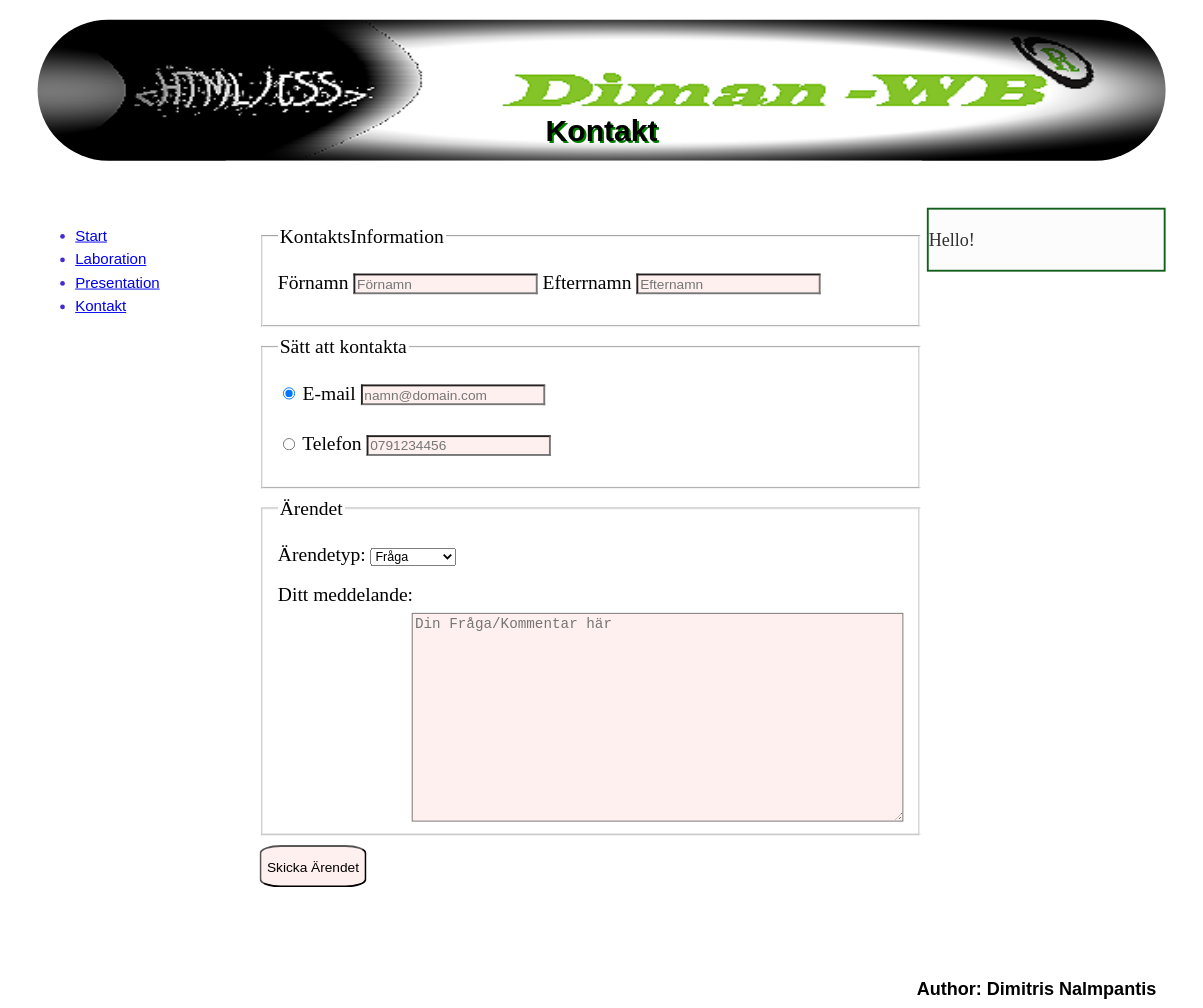
Repository: dn222em/1ik415-laborationer
Page: pages/Kontakt.html
The author's editor kept a record of every edit. The page is drawn from the files as they stood at one moment, then again after the next edit.
The browser window is 1280 px wide. The pictures show the whole page, at 94% of full size.

Above is the page before.

After the next edit:
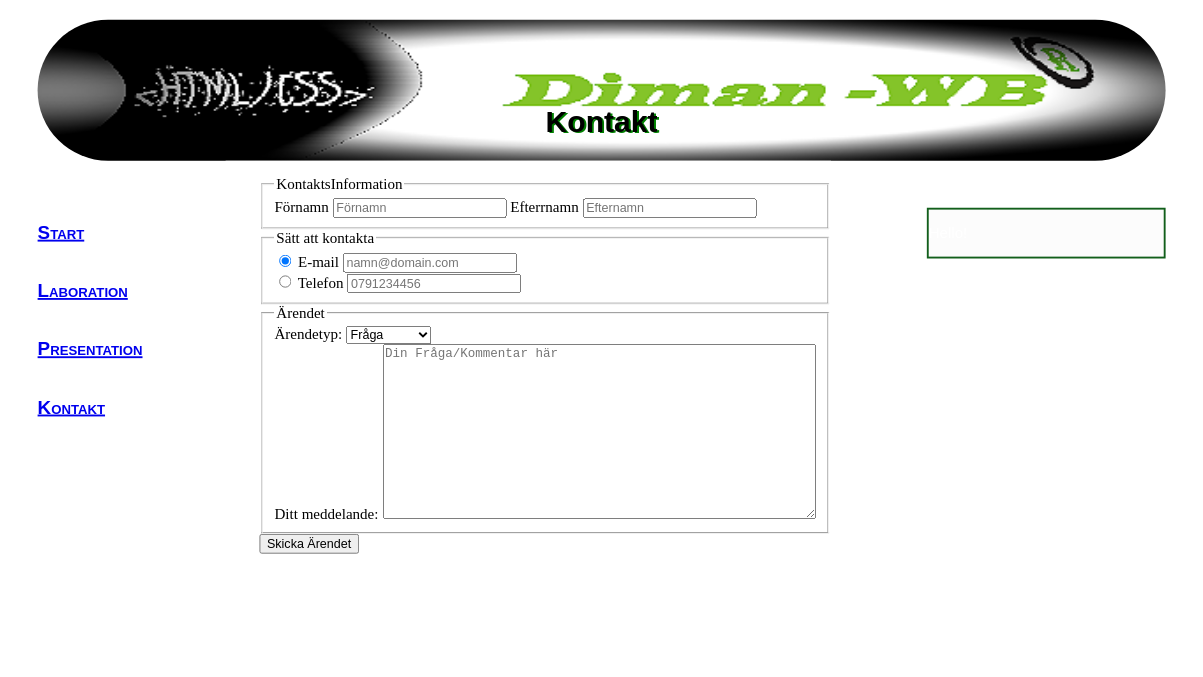
The edit:
--- a/CSS/style.css
+++ b/CSS/style.css
@@ -94,7 +94,7 @@
 
 /*Menu attributes
 ------------------------------------------------------*/
-/*.menu {
+.menu {
 	float:left;
 	font-family: "arial", "helvetica", "serif"; font-variant:small-caps;
 	font-size: 20px; font-weight:bold;
